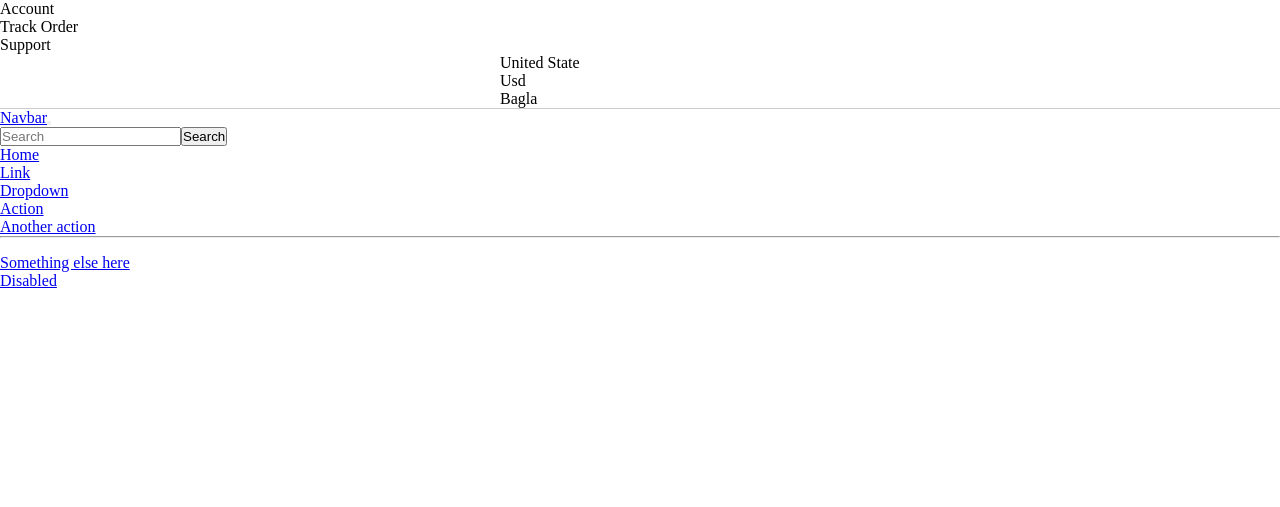
Repository: AbdulRehman787/shopo_ecommerce_web
Page: /
These files come from the project's save history. The page is drawn as it stood at one moment and after a run of saves; the edit follows.
The browser window is 1280 px wide. The pictures show the whole page.
The project was rebuilt for these pictures with package versions that can differ from the ones it lists, and the page was loaded fresh each time. Also part of the build but not shown: src/Pages/AboutUs.js, src/Pages/Blog.js, src/Pages/Contact.js.

Above is the page before, as saved 2023-11-27 18:01:37.

### src/App.js
import React from 'react'
import { BrowserRouter,Routes,Route } from 'react-router-dom'
import Home from './Pages/Home';
import AboutUs from './Pages/AboutUs';
import Blog from './Pages/Blog'
import Contact from './Pages/Contact';
const App = () => {
  return (

    <BrowserRouter>
    <Routes >
    <Route  path='/' element={<Home />} />
    <Route  path='/aboutus' element={<AboutUs />} />
    <Route  path='/blog' element={<Blog />} />
    <Route  path='/contact' element={<Contact />} />

    </Routes>
    </BrowserRouter>
  )
}

export default App

### src/Pages/Home.js
import React from 'react'
import Topheader from '../Components/Header/Topheader'
import Navbar from '../Components/Header/Navbar'
const Home = () => {
  return (
    <>
    <Topheader/>
    <Navbar />
    </>
  )
}

export default Home

### src/Components/Header/Topheader.js
import React from 'react'
import './style.css'

const one1=[
    {
        name: "Account"
    },
    {
        name: "Track Order"
    }, {
        name: "Support"
    }
]
const one2=[
    {
        name: "United State"
    },
    {
        name: "Usd "
    }, {
        name: "Bagla"
    }
]
const Topheader = () => {
  return (
    <>
    <div className='headcont1'>
    <div class="container mt-3 mb-lg-0">
  <div class="row">
    <div class="col-sm d-flex ">
      {one1.map((curelem,index)=>{
        return (
            <>

            <p className='px-3'>{curelem.name}</p>

            </>
        )
      })}
    </div>
    <div class="col-sm d-flex sam">
      {one2.map((curelem,index)=>{
        return (
            <>

            <p className='px-3'>{curelem.name}</p>

            </>
        )
      })}
    </div>

  </div>
</div>
</div>
    </>
  )
}

export default Topheader

### src/Components/Header/Navbar.js
import React from 'react'

const Navbar = () => {
  return (
    <>
    <div className='container'>
    <nav class="navbar navbar-expand-lg navbar-light">
  <div class="container-fluid">
    <a class="navbar-brand" href="#">Navbar</a>
    <button class="navbar-toggler" type="button" data-bs-toggle="collapse" data-bs-target="#navbarSupportedContent" aria-controls="navbarSupportedContent" aria-expanded="false" aria-label="Toggle navigation">
      <span class="navbar-toggler-icon"></span>
    </button>
    <div class="collapse navbar-collapse" id="navbarSupportedContent">
    <form class="d-flex mx-auto">
        <input class="form-control me-2" type="search" placeholder="Search" aria-label="Search" />
        <button class="btn btn-outline-success" type="submit">Search</button>
      </form>
      <ul class="navbar-nav mx-auto mb-2 mb-lg-0">
        <li class="nav-item">
          <a class="nav-link active" aria-current="page" href="#">Home</a>
        </li>
        <li class="nav-item">
          <a class="nav-link" href="#">Link</a>
        </li>
        <li class="nav-item dropdown">
          <a class="nav-link dropdown-toggle" href="#" id="navbarDropdown" role="button" data-bs-toggle="dropdown" aria-expanded="false">
            Dropdown
          </a>
          <ul class="dropdown-menu" aria-labelledby="navbarDropdown">
            <li><a class="dropdown-item" href="#">Action</a></li>
            <li><a class="dropdown-item" href="#">Another action</a></li>
            <li><hr class="dropdown-divider" /></li>
            <li><a class="dropdown-item" href="#">Something else here</a></li>
          </ul>
        </li>
        <li class="nav-item">
          <a class="nav-link disabled" href="#" tabindex="-1" aria-disabled="true">Disabled</a>
        </li>
      </ul>

    </div>
  </div>
</nav>
    </div>
    </>
  )
}

export default Navbar

### src/Components/Header/style.css
*{
    margin: 0;
    padding: 0;
}
.headcont1{


    border-bottom: 1px solid #ccc;
    justify-content: center !important;
    align-items: center;
}
.container{
    justify-content: center !important;

}
.sam{
    margin-left: 500px !important;
}

Loaded but not shown: src/index.js (common file)

After the next 2 saves:
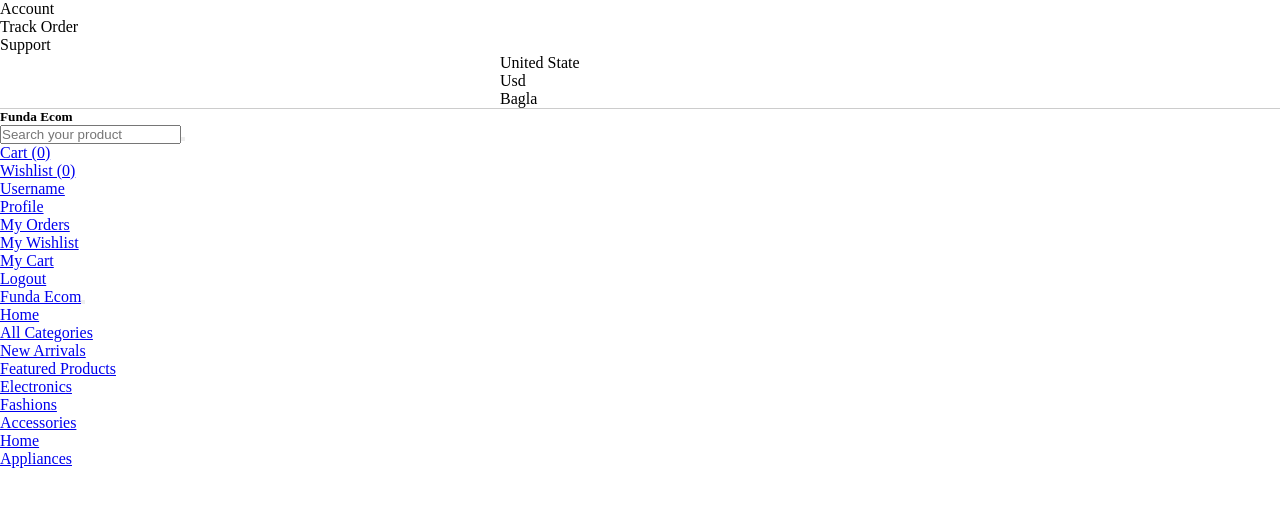
The 2 saves are shown as one change because they came seconds apart.
The last was saved 6 min 2 s later.
--- a/src/Components/Header/Navbar.js
+++ b/src/Components/Header/Navbar.js
@@ -4,43 +4,96 @@ const Navbar = () => {
   return (
     <>
     <div className='container'>
-    <nav class="navbar navbar-expand-lg navbar-light">
-  <div class="container-fluid">
-    <a class="navbar-brand" href="#">Navbar</a>
-    <button class="navbar-toggler" type="button" data-bs-toggle="collapse" data-bs-target="#navbarSupportedContent" aria-controls="navbarSupportedContent" aria-expanded="false" aria-label="Toggle navigation">
-      <span class="navbar-toggler-icon"></span>
-    </button>
-    <div class="collapse navbar-collapse" id="navbarSupportedContent">
-    <form class="d-flex mx-auto">
-        <input class="form-control me-2" type="search" placeholder="Search" aria-label="Search" />
-        <button class="btn btn-outline-success" type="submit">Search</button>
-      </form>
-      <ul class="navbar-nav mx-auto mb-2 mb-lg-0">
-        <li class="nav-item">
-          <a class="nav-link active" aria-current="page" href="#">Home</a>
-        </li>
-        <li class="nav-item">
-          <a class="nav-link" href="#">Link</a>
-        </li>
-        <li class="nav-item dropdown">
-          <a class="nav-link dropdown-toggle" href="#" id="navbarDropdown" role="button" data-bs-toggle="dropdown" aria-expanded="false">
-            Dropdown
-          </a>
-          <ul class="dropdown-menu" aria-labelledby="navbarDropdown">
-            <li><a class="dropdown-item" href="#">Action</a></li>
-            <li><a class="dropdown-item" href="#">Another action</a></li>
-            <li><hr class="dropdown-divider" /></li>
-            <li><a class="dropdown-item" href="#">Something else here</a></li>
-          </ul>
-        </li>
-        <li class="nav-item">
-          <a class="nav-link disabled" href="#" tabindex="-1" aria-disabled="true">Disabled</a>
-        </li>
-      </ul>
+    <div class="main-navbar shadow-sm sticky-top">
+    <div class="top-navbar">
+        <div class="container-fluid">
+            <div class="row">
+                <div class="col-md-2 my-auto d-none d-sm-none d-md-block d-lg-block">
+                    <h5 class="brand-name">Funda Ecom</h5>
+                </div>
+                <div class="col-md-5 my-auto">
+                    <form role="search">
+                        <div class="input-group">
+                            <input type="search" placeholder="Search your product" class="form-control" />
+                            <button class="btn bg-white" type="submit">
+                                <i class="fa fa-search"></i>
+                            </button>
+                        </div>
+                    </form>
+                </div>
+                <div class="col-md-5 my-auto">
+                    <ul class="nav justify-content-end">
 
+                        <li class="nav-item">
+                            <a class="nav-link" href="#">
+                                <i class="fa fa-shopping-cart"></i> Cart (0)
+                            </a>
+                        </li>
+                        <li class="nav-item">
+                            <a class="nav-link" href="#">
+                                <i class="fa fa-heart"></i> Wishlist (0)
+                            </a>
+                        </li>
+                        <li class="nav-item dropdown">
+                            <a class="nav-link dropdown-toggle" href="#" id="navbarDropdown" role="button" data-bs-toggle="dropdown" aria-expanded="false">
+                                <i class="fa fa-user"></i> Username
+                            </a>
+                            <ul class="dropdown-menu" aria-labelledby="navbarDropdown">
+                            <li><a class="dropdown-item" href="#"><i class="fa fa-user"></i> Profile</a></li>
+
+                            <li><a class="dropdown-item" href="#"><i class="fa fa-list"></i> My Orders</a></li>
+                            <li><a class="dropdown-item" href="#"><i class="fa fa-heart"></i> My Wishlist</a></li>
+                            <li><a class="dropdown-item" href="#"><i class="fa fa-shopping-cart"></i> My Cart</a></li>
+                            <li><a class="dropdown-item" href="#"><i class="fa fa-sign-out"></i> Logout</a></li>
+                            </ul>
+                        </li>
+                    </ul>
+                </div>
+            </div>
+        </div>
     </div>
-  </div>
-</nav>
+    <nav class="navbar navbar-expand-lg">
+        <div class="container-fluid">
+            <a class="navbar-brand d-block d-sm-block d-md-none d-lg-none" href="#">
+                Funda Ecom
+            </a>
+            <button class="navbar-toggler" type="button" data-bs-toggle="collapse" data-bs-target="#navbarSupportedContent" aria-controls="navbarSupportedContent" aria-expanded="false" aria-label="Toggle navigation">
+                <span class="navbar-toggler-icon"></span>
+            </button>
+            <div class="collapse navbar-collapse" id="navbarSupportedContent">
+                <ul class="navbar-nav me-auto mb-2 mb-lg-0">
+                    <li class="nav-item">
+                        <a class="nav-link" href="#">Home</a>
+                    </li>
+                    <li class="nav-item">
+                        <a class="nav-link" href="#">All Categories</a>
+                    </li>
+                    <li class="nav-item">
+                        <a class="nav-link" href="#">New Arrivals</a>
+                    </li>
+                    <li class="nav-item">
+                        <a class="nav-link" href="#">Featured Products</a>
+                    </li>
+                    <li class="nav-item">
+                        <a class="nav-link" href="#">Electronics</a>
+                    </li>
+                    <li class="nav-item">
+                        <a class="nav-link" href="#">Fashions</a>
+                    </li>
+                    <li class="nav-item">
+                        <a class="nav-link" href="#">Accessories</a>
+                    </li>
+                    <li class="nav-item">
+                        <a class="nav-link" href="#">Home</a>
+                    </li>
+                    <li class="nav-item">
+                        <a class="nav-link" href="#">Appliances</a>
+                    </li>
+                </ul>
+            </div>
+        </div>
+    </nav>
+</div>
     </div>
     </>
   )
